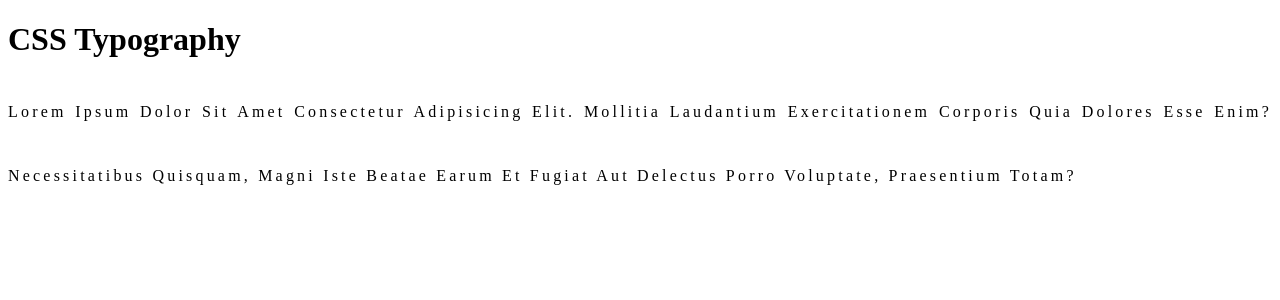
Repository: madhurik9999/Css
Page: index.html
The author's editor kept a copy of each file at every save. The page is drawn from the files as they stood at one save, then again after the next save.
The browser window is 1280 px wide. The pictures show the whole page.

Above is the page before, as saved 2023-12-10 13:29:15.

After the next save:
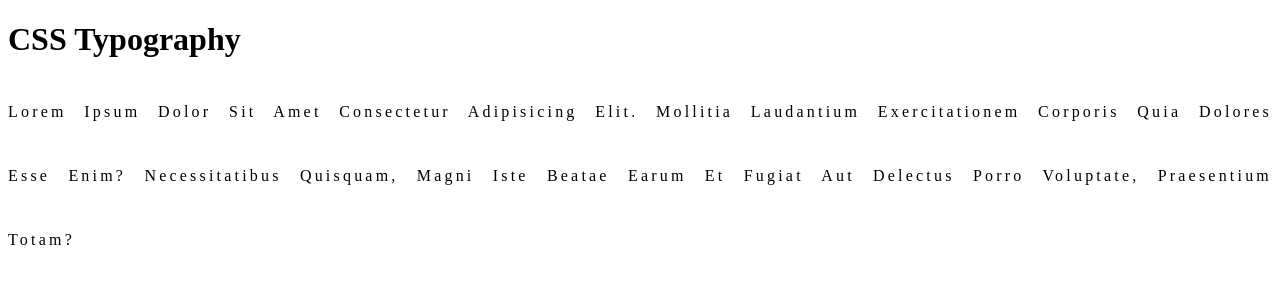
Saved 13 s later.
--- a/styles/style.css
+++ b/styles/style.css
@@ -18,4 +18,5 @@
     /* text-indent: 5em;  // tab */
     line-height: 4rem;
     letter-spacing: 0.2rem;
+    word-spacing: 0.5rem;
 }
